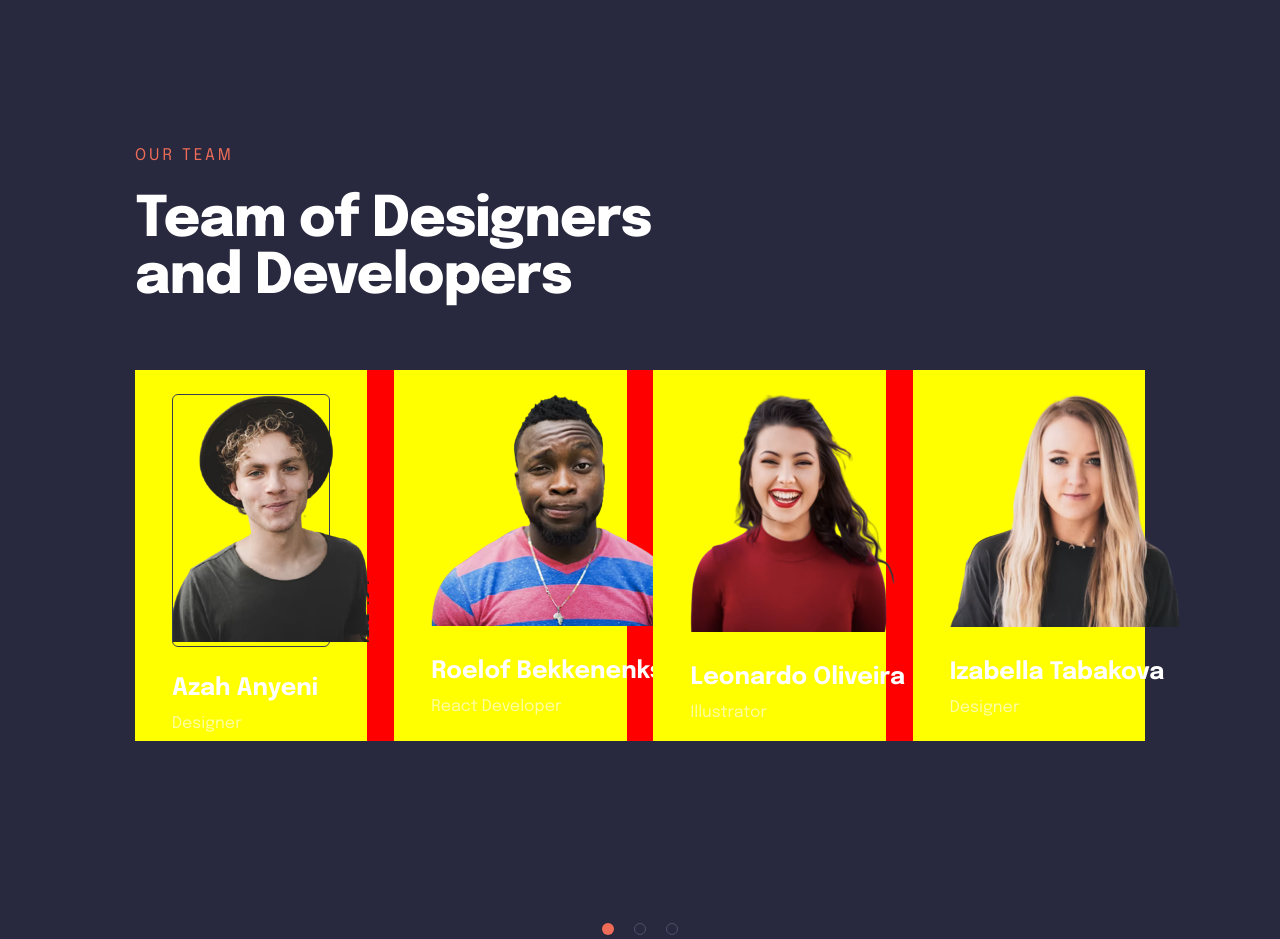
Repository: simralgasimov/ourteam
Page: index.html
An editor plug-in stored every save of this project. The page is shown before and after a run of saves, followed by the edit.
The browser window is 1280 px wide. The pictures show the whole page.

Above is the page before, as saved 2023-09-06 13:06:50.

After the next 10 saves:
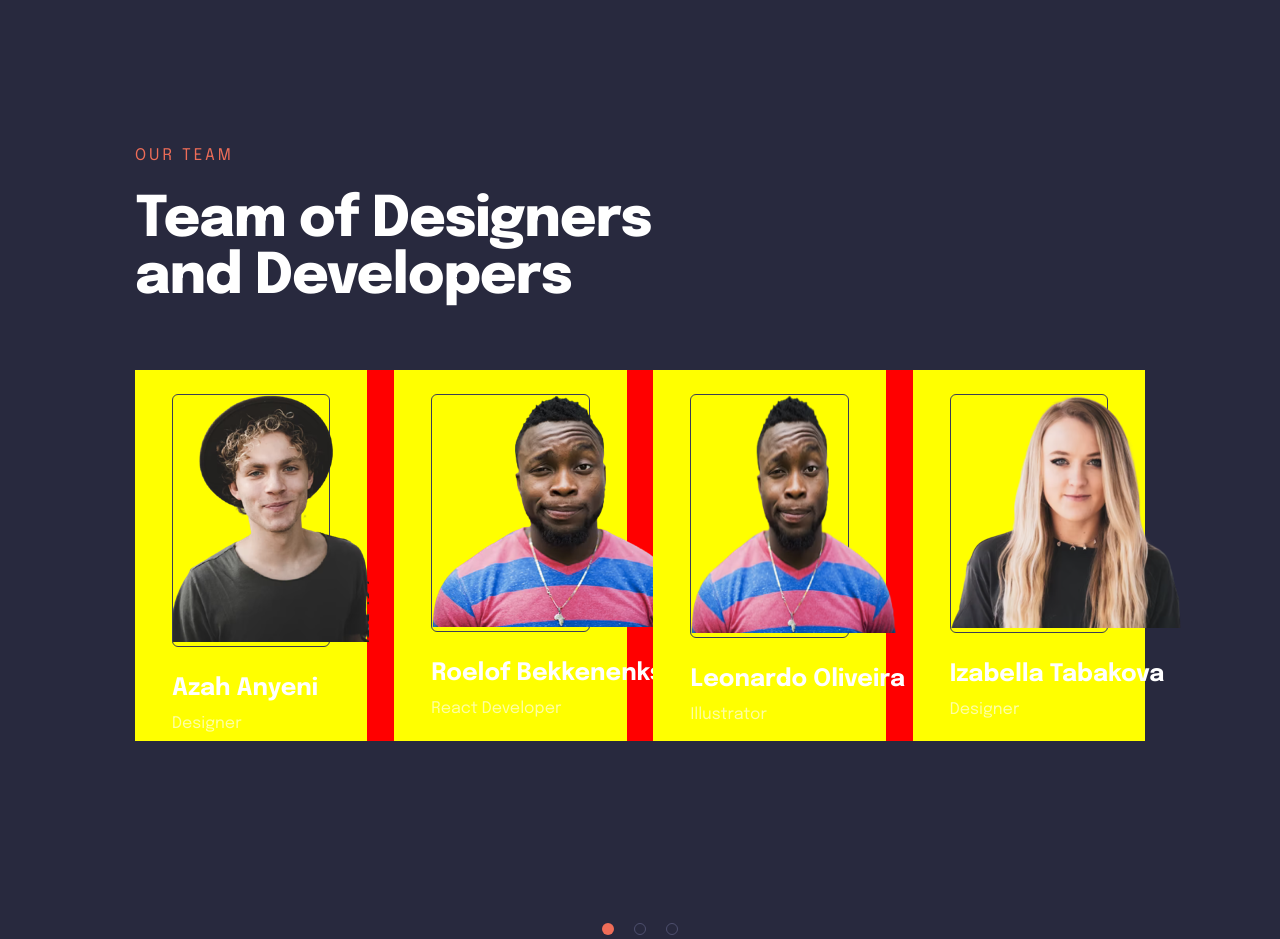
The 10 saves are shown as one change because they came seconds apart.
The last was saved 35 s later.
--- a/index.html
+++ b/index.html
@@ -20,19 +20,28 @@
           <p>Designer</p>
         </div>
         <div class="box">
-          <img src="./img/Bitmap (1).png" alt="" />
+          <div>
+            <img src="./img/Bitmap (1).png" alt="" />
+
+          </div>
           <h3>Roelof Bekkenenks</h3>
           <p>React Developer</p>
         </div>
 
         <div class="box">
-          <img src="./img/Bitmap (2).png" alt="" />
+          <div>
+            <img src="./img/Bitmap (1).png" alt="" />
+
+          </div>
           <h3>Leonardo Oliveira</h3>
           <p>Illustrator</p>
         </div>
 
         <div class="box">
-          <img src="./img/Bitmap (3).png" alt="" />
+          <div>
+            <img src="./img/Bitmap (3).png" alt="" />
+
+          </div>
           <h3>Izabella Tabakova</h3>
           <p>Designer</p>
         </div>
